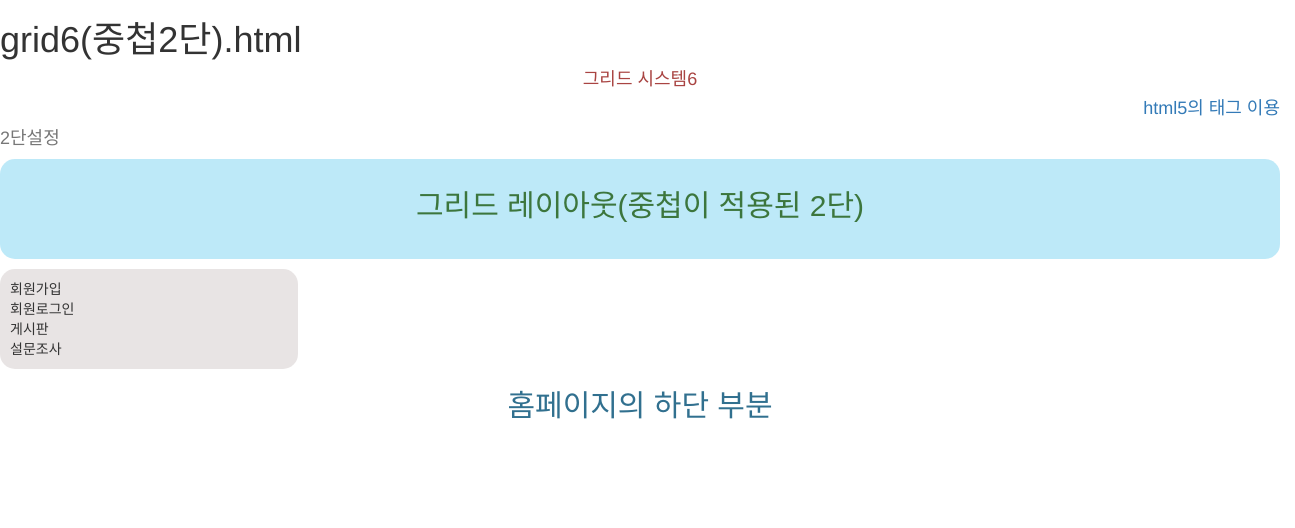
Repository: RYE415/4.jsp
Page: BootstrapTest/src/main/webapp/1.grid/grid6(중첩2단).html
The author's editor kept a copy of each file at every save. The page is drawn from the files as they stood at one save, then again after the next save.
The browser window is 1280 px wide. The page is 1295 px wide, so the pictures cover 1295 px, including what lies to the right of the window. The pictures show the whole page.
Some web fonts or font styles are not loaded; a fallback is used. Some web libraries are served in a nearby version.

Above is the page before, as saved 2022-08-08 03:30:11.

After the next save:
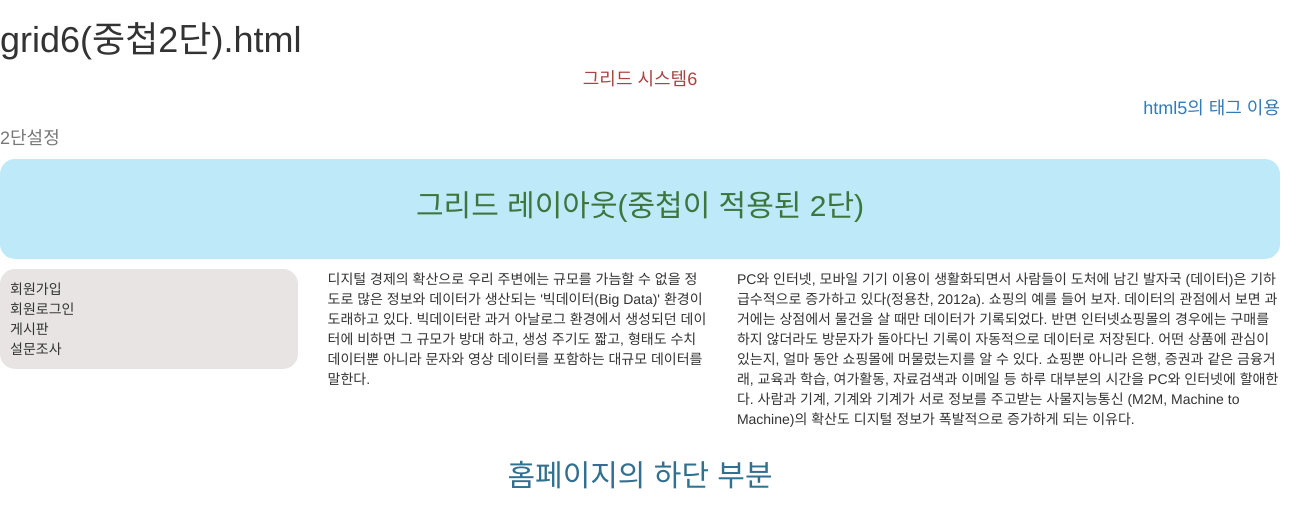
Saved 110 s later.
--- a/BootstrapTest/src/main/webapp/1.grid/grid6(중첩2단).html
+++ b/BootstrapTest/src/main/webapp/1.grid/grid6(중첩2단).html
@@ -59,7 +59,19 @@
 			<div class="col-md-9">
 				<div class="row">
 					<div class="col-md-5">
-
+					<p>디지털 경제의 확산으로 우리 주변에는 규모를 가늠할 수 없을 정도로 많은 정보와 데이터가 생산되는
+					'빅데이터(Big Data)' 환경이 도래하고 있다. 빅데이터란 과거 아날로그 환경에서 생성되던 데이터에 비하면 그
+					규모가 방대 하고, 생성 주기도 짧고, 형태도 수치 데이터뿐 아니라 문자와 영상 데이터를 포함하는 대규모 데이터를
+					말한다.</p>
+					</div>
+					<div class="col-md-7">
+					<p>PC와 인터넷, 모바일 기기 이용이 생활화되면서 사람들이 도처에 남긴 발자국 (데이터)은 기하급수적으로
+					증가하고 있다(정용찬, 2012a). 쇼핑의 예를 들어 보자. 데이터의 관점에서 보면 과거에는 상점에서 물건을 살 때만
+					데이터가 기록되었다. 반면 인터넷쇼핑몰의 경우에는 구매를 하지 않더라도 방문자가 돌아다닌 기록이 자동적으로 데이터로
+					저장된다. 어떤 상품에 관심이 있는지, 얼마 동안 쇼핑몰에 머물렀는지를 알 수 있다. 쇼핑뿐 아니라 은행, 증권과 같은
+					금융거래, 교육과 학습, 여가활동, 자료검색과 이메일 등 하루 대부분의 시간을 PC와 인터넷에 할애한다. 사람과 기계,
+					기계와 기계가 서로 정보를 주고받는 사물지능통신 (M2M, Machine to Machine)의 확산도 디지털 정보가
+					폭발적으로 증가하게 되는 이유다.</p>
 					</div>
 				</div><!-- 안쪽의 row -->
 			</div>	<!--  -->
